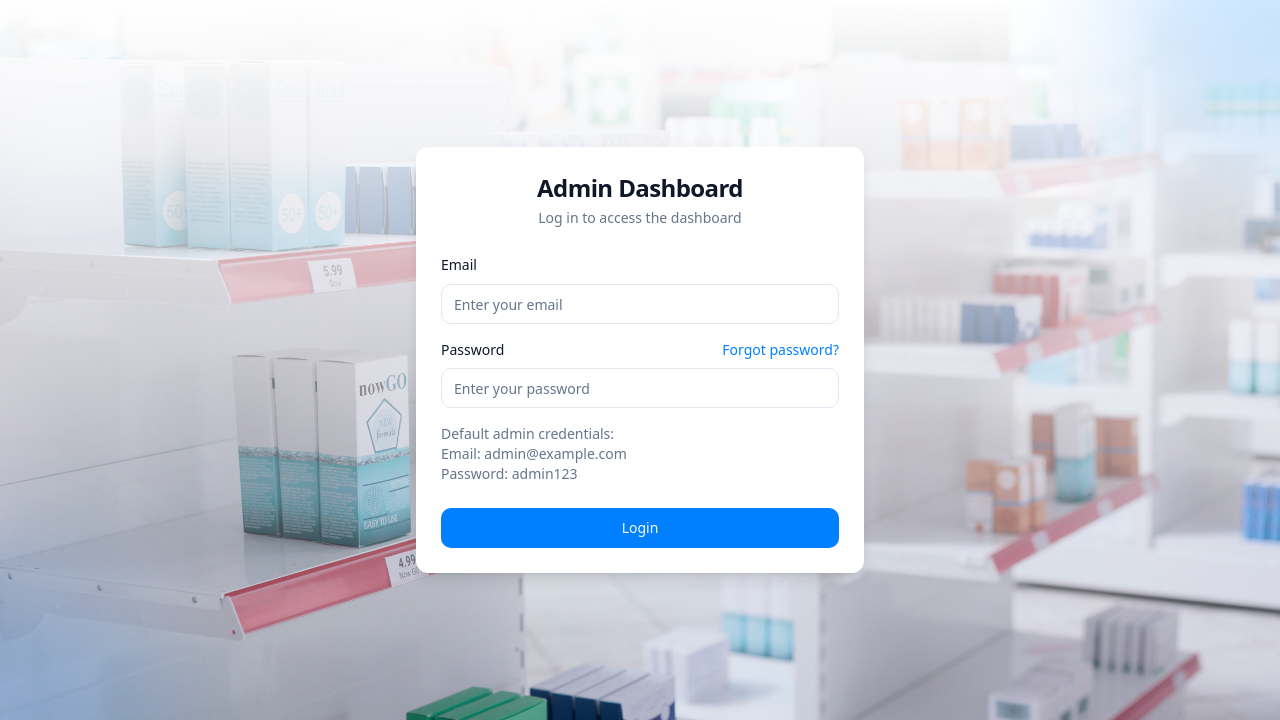
Repository: kaizoku010/musawo
Page: /products
These files come from the project's save history. The page is drawn as it stood at one moment and after the next save; the edit follows.
The browser window is 1280 px wide. The pictures show the whole page.
The page's requests for data from a server got no answer. The project was rebuilt for these pictures with package versions that can differ from the ones it lists, and the page was loaded fresh each time. No one was signed in, and anything a server would have sent is missing. Also part of the build but not shown: vite.config.ts, src/components/ui/tooltip.tsx, src/components/ui/avatar.tsx, src/components/Sidebar.tsx, src/components/Navbar.tsx, src/components/PageTransition.tsx, src/components/StatCard.tsx, src/components/Chart.tsx and 15 more.

Above is the page before, as saved 2025-04-01 10:46:56.

After the next save:
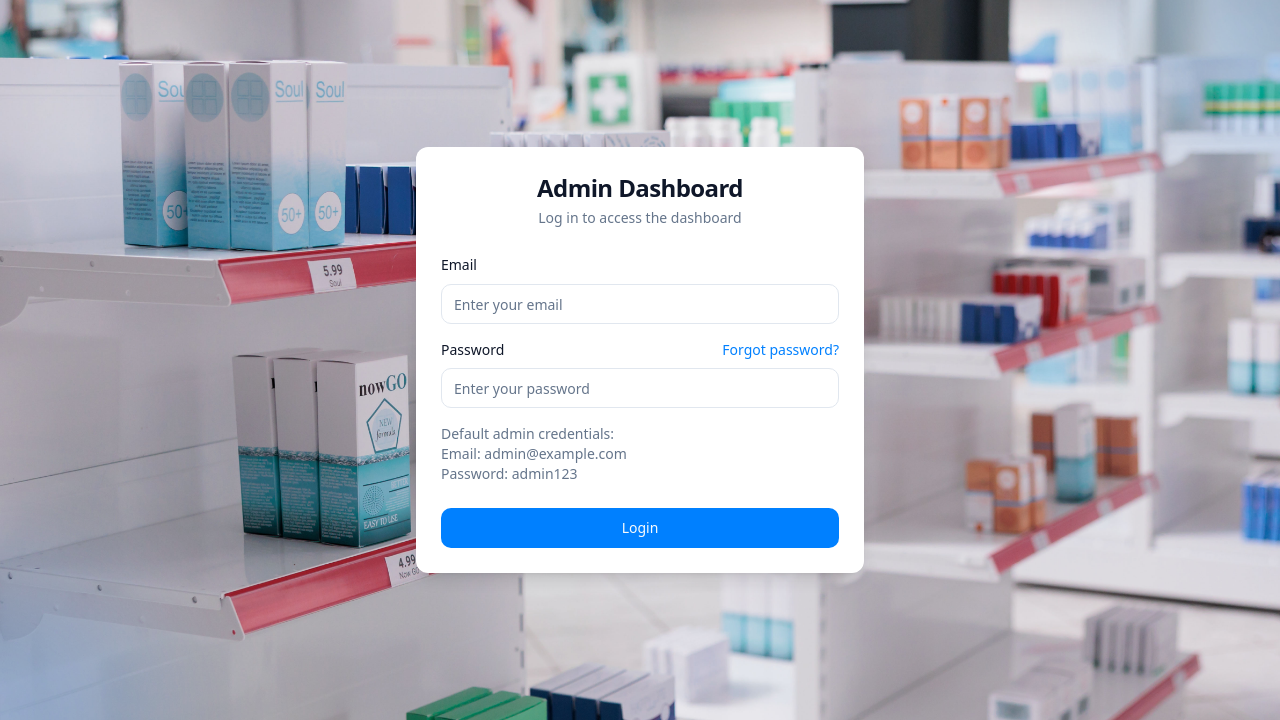
Saved 20 s later.
--- a/src/pages/Login.tsx
+++ b/src/pages/Login.tsx
@@ -28,7 +28,7 @@ const Login = () => {
     <div className='login-page'>
     <div
       className="min-h-screen flex items-center justify-center
-       bg-gradient-to-b from-background to-primary/5 p-4">
+        p-4">
       <div className="absolute inset-0 overflow-hidden">
         <div className="absolute -bottom-40 -left-40 h-80 w-80 rounded-full bg-primary/20 blur-3xl" />
         <div className="absolute -top-40 -right-40 h-80 w-80 rounded-full bg-primary/20 blur-3xl" />
